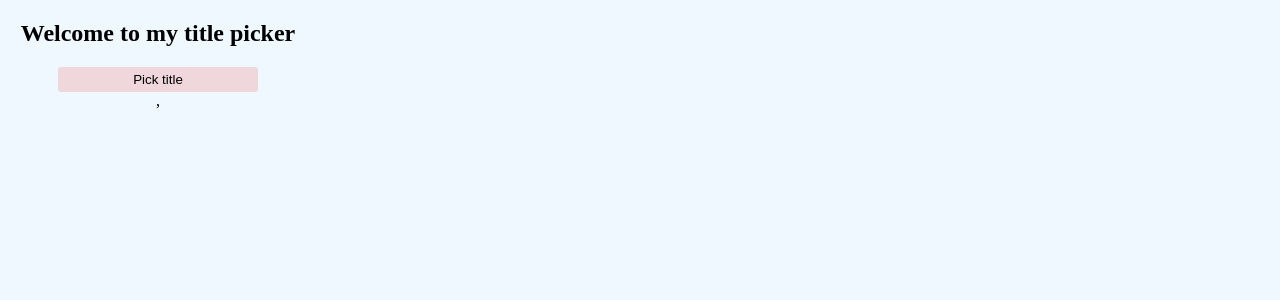
Repository: AishwaryaPandey987/Title-picker
Page: popup.html
An editor plug-in stored every save of this project. The page is shown before and after the next save, followed by the edit.
The browser window is 1280 px wide. The pictures show the whole page.

Above is the page before, as saved 2022-10-19 11:52:18.

After the next save:
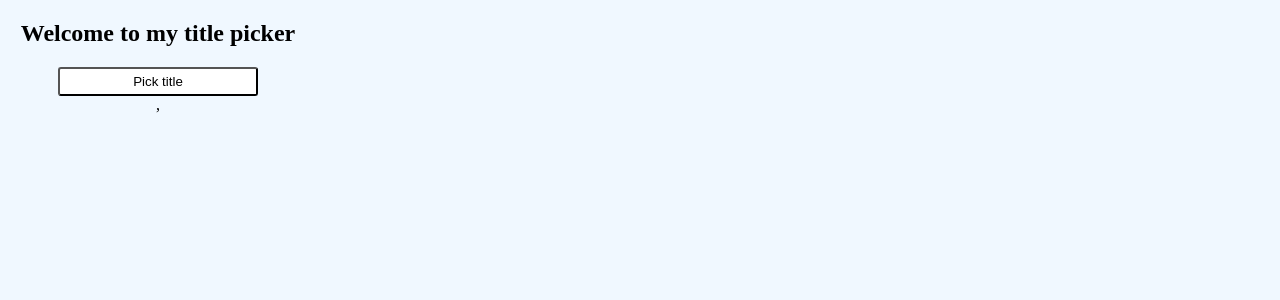
Saved 55 s later.
--- a/popup.css
+++ b/popup.css
@@ -12,10 +12,10 @@ body{
 .changetitleBtn{
   width: 200px;
   outline: none;
-  border: none;
+  border-color: black ;
   border-radius: 3px;
   padding: 5px;
-  background-color: rgb(239, 215, 220);
+  background-color: white;
   cursor: pointer;
 
 }
